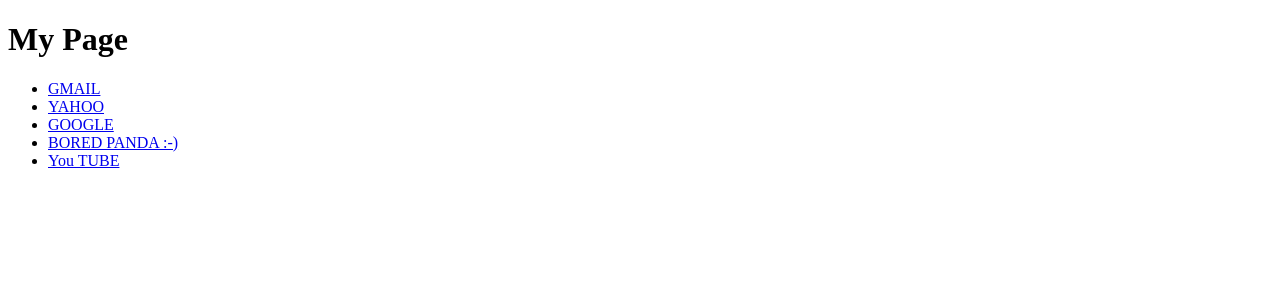
Repository: ShubhankarRaj/JavaCodingPractise
Page: Eclipse Workspace/myProject/src/htmlFiles/First.html
An editor plug-in stored every save of this project. The page is shown before and after the next save, followed by the edit.
The browser window is 1280 px wide. The pictures show the whole page.

Above is the page before, as saved 2014-06-03 05:49:50.

### Eclipse Workspace/myProject/src/htmlFiles/First.html
<!DOCTYPE html PUBLIC "-//W3C//DTD HTML 4.01 Transitional//EN" "http://www.w3.org/TR/html4/loose.dtd">
<html>
<head>
<meta http-equiv="Content-Type" content="text/html; charset=ISO-8859-1">
<title>Insert title here</title>
</head>
<body>

	<header>
	<h1>My Page</h1>
	<nav>
		<ul>
		<li><a href="http://gmail.com">GMAIL</a></li>
		<li><a href="http://yahoo.co.in">YAHOO</a></li>
		<li><a href="http://google.com">GOOGLE</a></li>
		<li><a href="http://boredpanda.com">BORED PANDA :-)</a></li>
		<li><a href="http://youtube.com">You TUBE</a></li>
		</ul>

	</nav>
	</header>
	<div></div>
	<footer></footer>
</body>
</html>

After the next save:
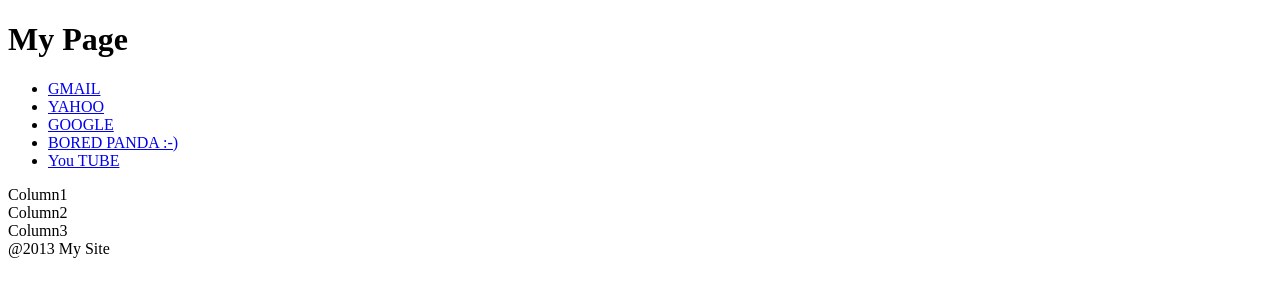
Saved 2 min 44 s later.
--- a/Eclipse Workspace/myProject/src/htmlFiles/First.html
+++ b/Eclipse Workspace/myProject/src/htmlFiles/First.html
@@ -19,7 +19,11 @@
 
 	</nav>
 	</header>
-	<div></div>
-	<footer></footer>
+	<div class="row">
+		<div class="col">Column1</div>
+		<div class="col">Column2</div>
+		<div class="col">Column3</div>
+	</div>
+	<footer>@2013 My Site</footer>
 </body>
 </html>
